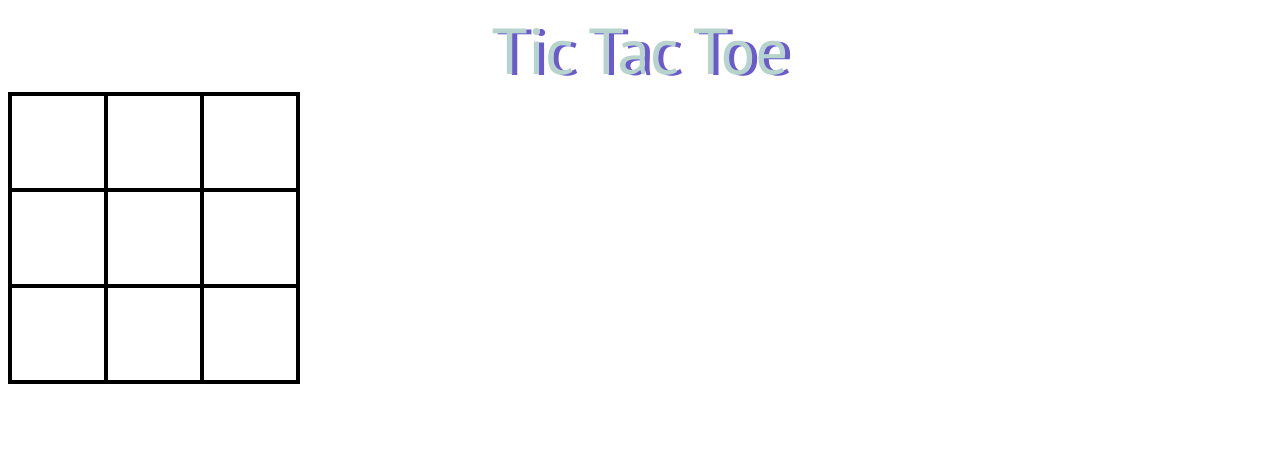
Repository: chin9/TicTacToe
Page: index.html
The author's editor kept a copy of each file at every save. The page is drawn from the files as they stood at one save, then again after the next save.
The browser window is 1280 px wide. The pictures show the whole page.

Above is the page before, as saved 2021-05-12 13:42:06.

After the next save:
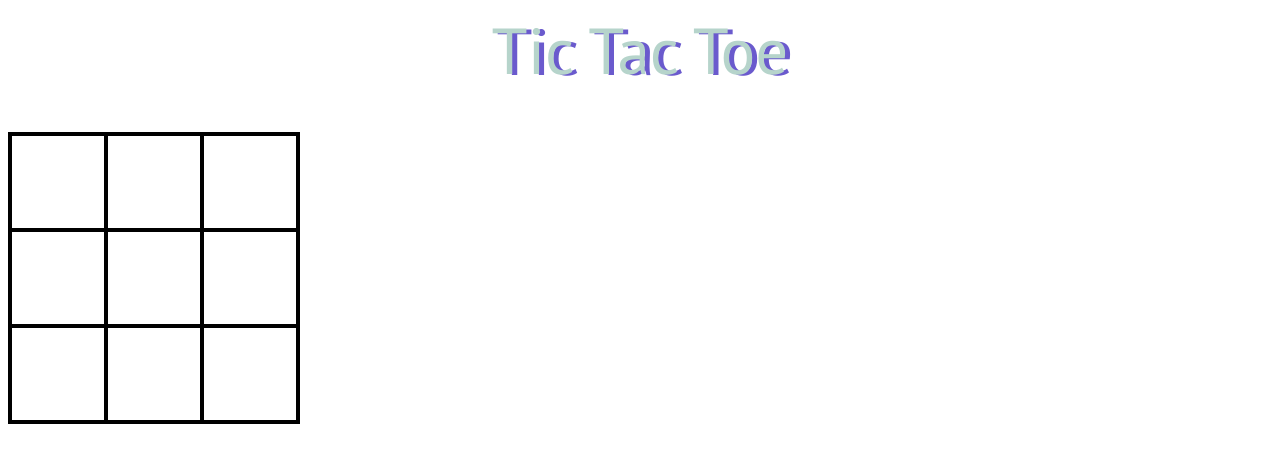
Saved 31 s later.
--- a/style.css
+++ b/style.css
@@ -13,8 +13,10 @@ header{
     height: 40vh;
     width: 40vh;
 
+    position: relative;
+    top: 40px;
+
     display: grid;
-
     grid-template-columns: 1fr 1fr 1fr;
     grid-template-rows: 1fr 1fr 1fr;
 
